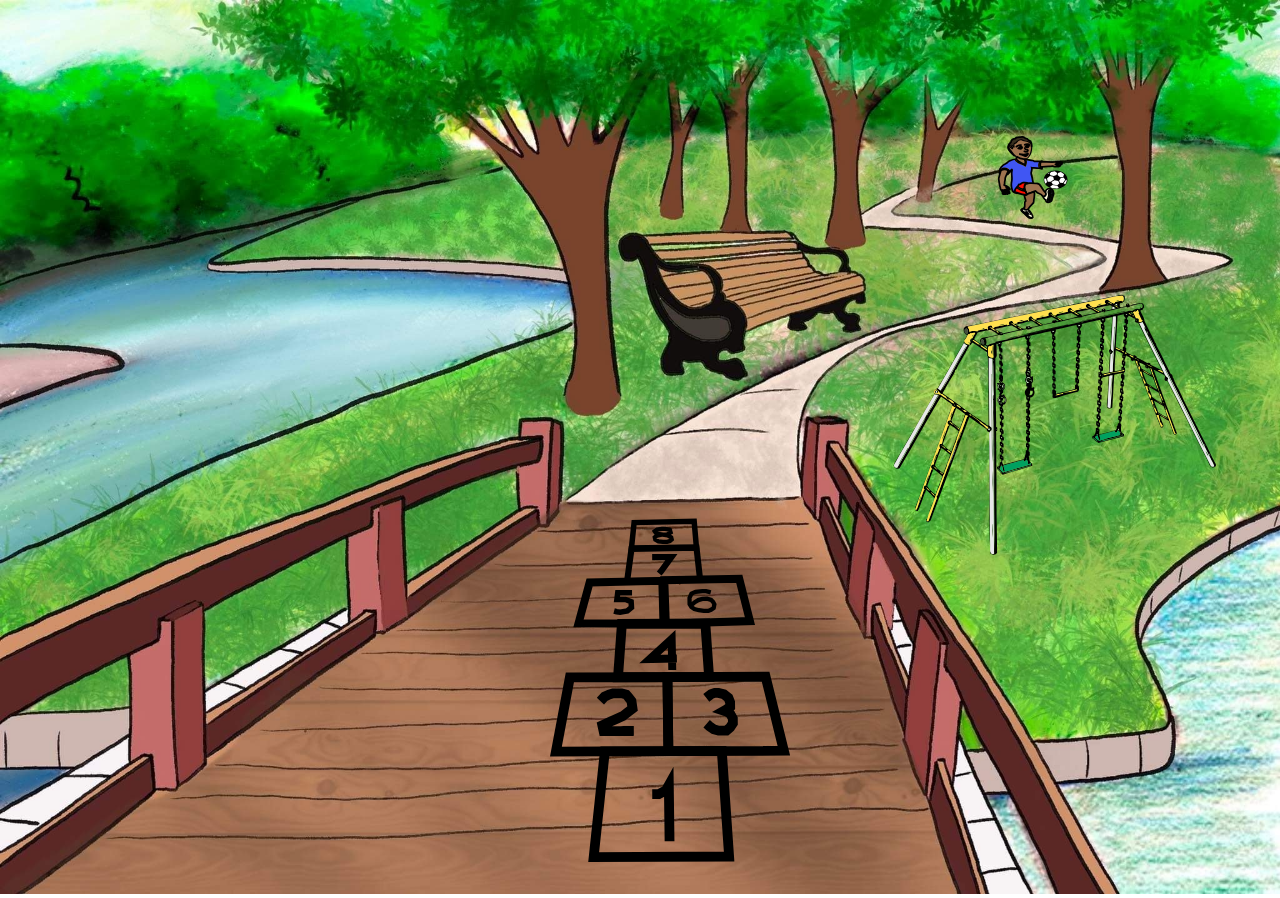
Repository: neomort/Mental-Healh-Oasis
Page: park.html
An editor plug-in stored every save of this project. The page is shown before and after the next save, followed by the edit.
The browser window is 1280 px wide. The pictures show the whole page.

Above is the page before, as saved 2021-11-11 11:01:27.
Console error: ReferenceError: Howl is not defined

After the next save:
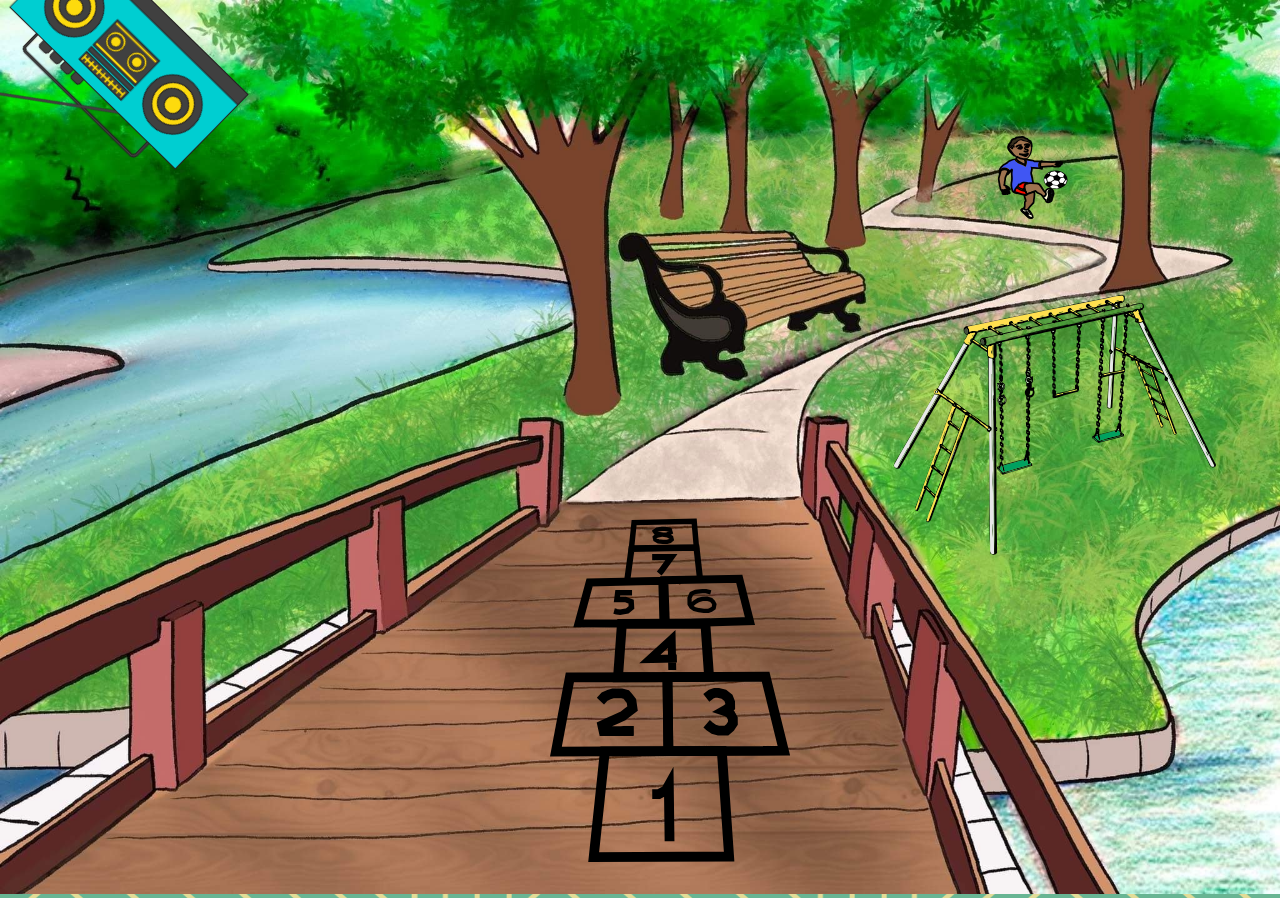
Saved 67 s later.
--- a/park.html
+++ b/park.html
@@ -3,11 +3,16 @@
 <html>
 	<head>
 		<title>just some soundy boys</title>
-		<link rel="stylesheet" href="./css/park.css"/>
+    <link rel="stylesheet" href="./css/park.css"/>
+    <link rel="stylesheet" href="./css/styles.css"/>
 	</head>
 
 	<body>
-
+    <div class="marquee logo">
+      <svg class="logo rotate" id="radio">
+          <image class="" id="radio" href="./images/radio.svg"></image>
+      </svg>
+    </div>
 
 		<div class="parent">
 		  <img class="image1" src="images/park.JPG"/>
